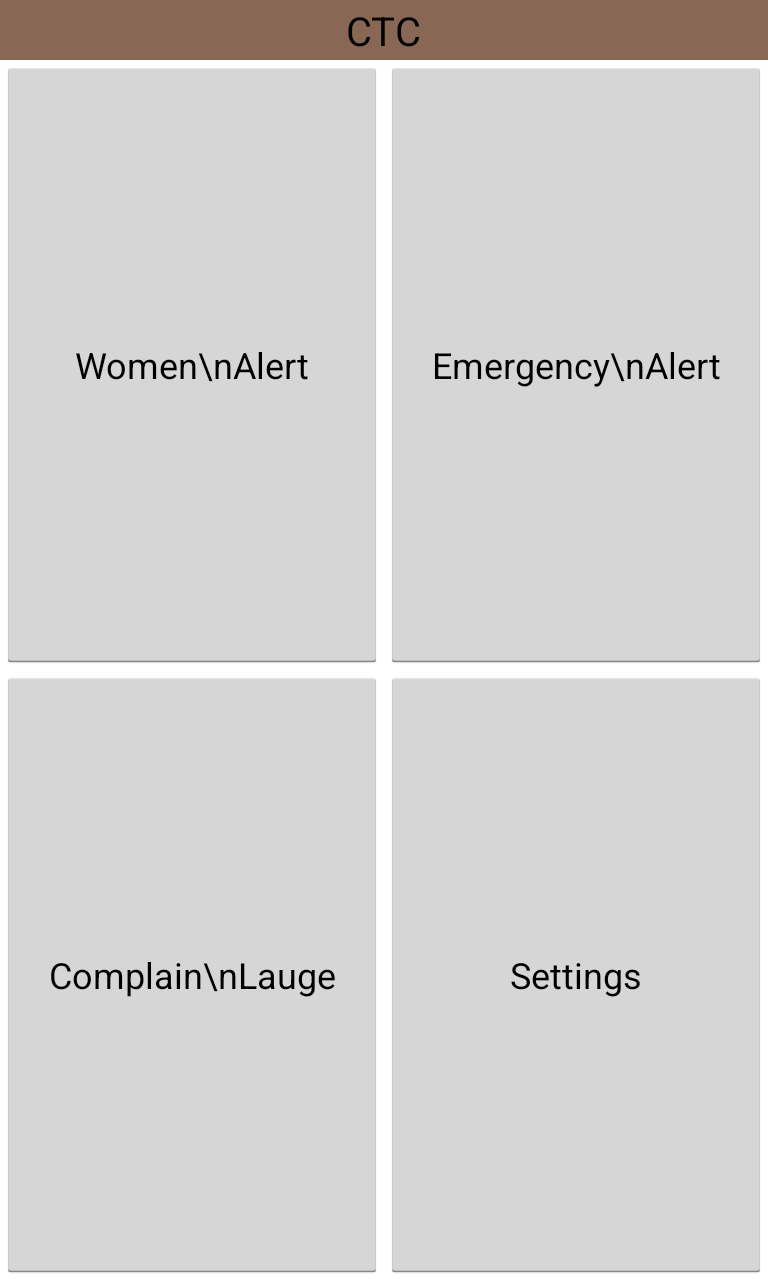
Repository: nilasissen/CTC
Layout: dev/CTC/res/layout/activity_emergencyalert.xml
An editor plug-in stored every save of this project. The layout is shown before and after the next save, followed by the edit.
It is drawn on a 768 x 1280 px phone screen (xhdpi) without system bars, with theme AppTheme; the app's code is not run.

Above is the layout before, as saved 2015-02-10 11:12:34.

After the next save:
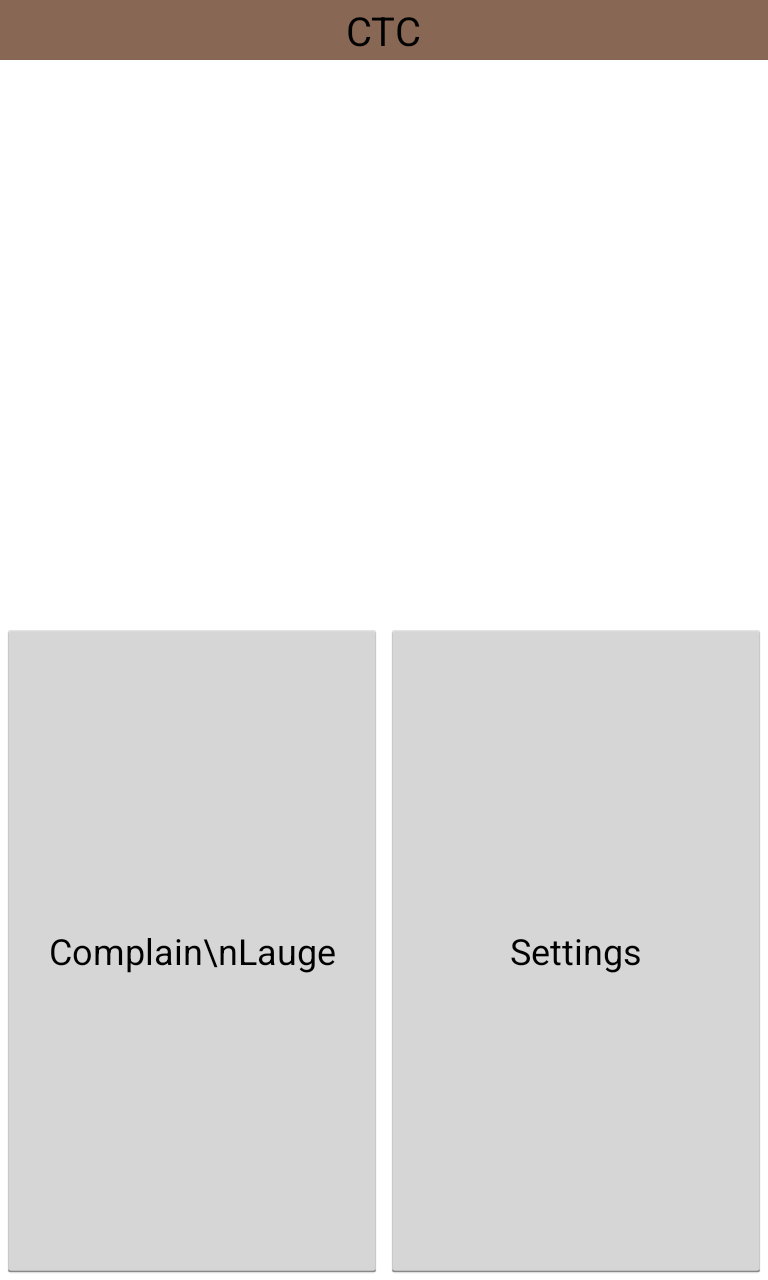
Saved 52 s later.
--- a/dev/CTC/res/layout/activity_emergencyalert.xml
+++ b/dev/CTC/res/layout/activity_emergencyalert.xml
@@ -37,19 +37,6 @@
                 android:orientation="horizontal"
                 android:weightSum="2" >
 
-                <Button
-                    android:id="@+id/womenalert"
-                    android:layout_width="fill_parent"
-                    android:layout_height="fill_parent"
-                    android:layout_weight="1"
-                    android:text="Women\nAlert" />
-
-                <Button
-                    android:id="@+id/emergencyalert"
-                    android:layout_width="fill_parent"
-                    android:layout_height="fill_parent"
-                    android:layout_weight="1"
-                    android:text="Emergency\nAlert" />
             </LinearLayout>
 
             <LinearLayout
